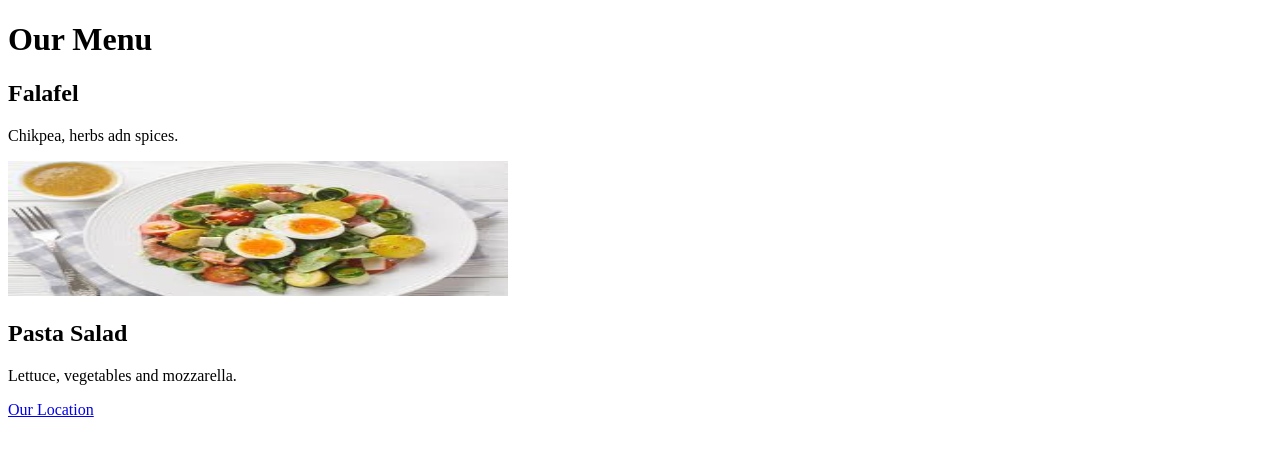
Repository: GiraldoNainggolan/Meta-Coursera
Page: Pengembang Front-End Meta/Modul 2/Mencoba/index.html
The author's editor kept a copy of each file at every save. The page is drawn from the files as they stood at one save, then again after a run of saves.
The browser window is 1280 px wide. The pictures show the whole page.

Above is the page before, as saved 2025-01-26 00:02:59.

After the next 2 saves:
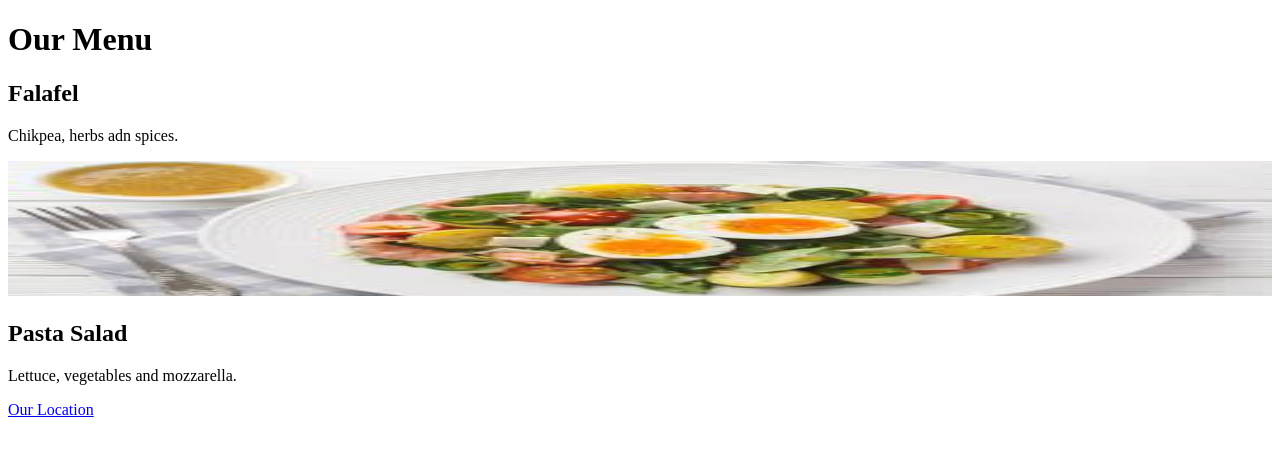
The 2 saves are shown as one change because they came seconds apart.
The last was saved 8 s later.
--- a/Pengembang Front-End Meta/Modul 2/Mencoba/index.html
+++ b/Pengembang Front-End Meta/Modul 2/Mencoba/index.html
@@ -7,7 +7,7 @@
         <h1>Our Menu</h1>
         <h2>Falafel</h2>
         <p>Chikpea, herbs adn spices.</p>
-        <img src="salad.jpg" alt="gambar" width="500px" height="135">
+        <img src="salad.jpg" alt="gambar" width="100%" height="135">
         <h2>Pasta Salad</h2>
         <p>Lettuce, vegetables and mozzarella.</p>
         <a href="location.html">Our Location</a>
